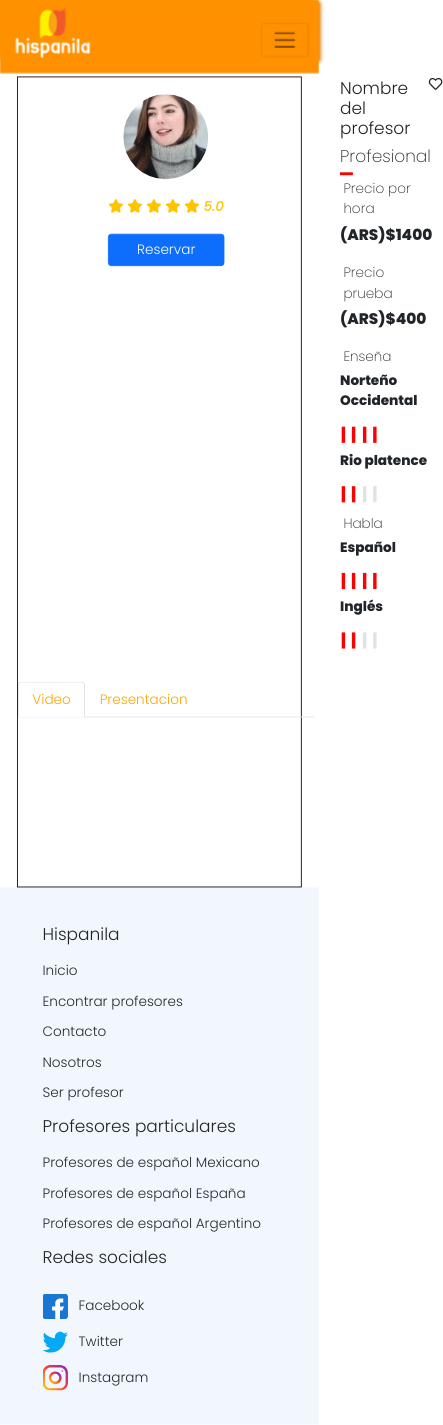
Repository: AgustinGarciaDev/Hispanila
Page: prueba.html
These files come from the project's save history. The page is drawn as it stood at one moment and after the next save; the edit follows.
The browser window is 375 px wide. The page is 521 px wide, then 375 px, so the pictures cover 521 px, including what lies to the right of the window. The pictures show the whole page, at 85% of full size.
Pictures or frames that could not be fetched are drawn as grey boxes. Some web libraries are served in a nearby version. The style sheet was rebuilt from its Sass, Less or Tailwind sources for each picture, by a compiler version that may differ from the author's.

Above is the page before, as saved 2021-01-29 01:01:04.

### prueba.html
<!DOCTYPE html>
<html lang="en">

<head>

    <head>
        <meta charset="UTF-8">
        <title>Buscar profesor</title>
        <meta name="viewport" content="width=device-width, user-scalable=no">
        <meta name="description" content="Busca el profesor de español que más se adecue a lo que quieres aprender. Busca por precio,variante del español y mucho más">
        <meta name="keywords" content="profesor español, buscar profesor, español , aprender con profesionales">

        <link rel="stylesheet" href="https://cdnjs.cloudflare.com/ajax/libs/animate.css/4.1.1/animate.min.css" />
        <link rel="stylesheet" href="https://use.fontawesome.com/releases/v5.8.1/css/all.css" integrity="sha384-50oBUHEmvpQ+1lW4y57PTFmhCaXp0ML5d60M1M7uH2+nqUivzIebhndOJK28anvf" crossorigin="anonymous">
        <link rel="preconnect" href="https://fonts.gstatic.com">
        <link rel="preconnect" href="https://fonts.gstatic.com">
        <link href="https://fonts.googleapis.com/css2?family=Poppins:ital,wght@0,200;0,300;0,800;0,900;1,200;1,500&display=swap" rel="stylesheet">
        <link href="https://cdn.jsdelivr.net/npm/bootstrap@5.0.0-beta1/dist/css/bootstrap.min.css" rel="stylesheet" integrity="sha384-giJF6kkoqNQ00vy+HMDP7azOuL0xtbfIcaT9wjKHr8RbDVddVHyTfAAsrekwKmP1" crossorigin="anonymous">
        <link rel="stylesheet" href="./css/style.css">
        <link rel="stylesheet" href="stylemod.css">
    </head>
</head>

<body class="search-teacher">
    <header>
        <nav class="navbar navbar-expand-lg navbar-light bg-light nav-color">
            <div class="container-fluid">
                <a class="navbar-brand" href="./index.html"><img class="logo" src="./img/Hispanila_opt.png" alt=""></a>
                <button class="navbar-toggler" type="button" data-bs-toggle="collapse" data-bs-target="#navbarSupportedContent" aria-controls="navbarSupportedContent" aria-expanded="false" aria-label="Toggle navigation">
            <span class="navbar-toggler-icon"></span>
          </button>
                <div class="collapse navbar-collapse" id="navbarSupportedContent">
                    <ul class="navbar-nav me-auto mb-2 mb-lg-0">
                        <li class="nav-item">
                            <a class="nav-link active" aria-current="page" href="./index.html">Inicio</a>
                        </li>
                        <li class="nav-item">
                            <a class="nav-link" href="./we.html">Nosotros</a>
                        </li>
                        <li class="nav-item">
                            <a class="nav-link" href="./contact.html">Contacto</a>
                        </li>
                        <li class="nav-item">
                            <a class="nav-link" href="./searchteacer.html">Buscar profesores</a>
                        </li>
                    </ul>
                </div>
            </div>
        </nav>
    </header>
    <section class="teacher__layout">
        <div class="teacher__card">
            <div class="teacher__card__content">
                <div class="teacher">
                    <div class="teacher-date">
                        <img src="./img/teacher/teacher-women.jpg" alt="">
                        <div class="score-teacher">
                            <i class="fas fa-star"></i>
                            <i class="fas fa-star"></i>
                            <i class="fas fa-star"></i>
                            <i class="fas fa-star"></i>
                            <i class="fas fa-star"></i>
                            <i>5.0</i>
                        </div>
                        <a class="btn btn-primary" href="./profile.html" role="button">Reservar</a>
                    </div>
                </div>
            </div>
            <div class="teacher__card__content">

                <div class="teacher-information">
                    <span class="teacher-date-personal">
                        <h1>Nombre del profesor</h1>
                        <i class="far fa-heart"></i>
                  </span>
                    <span class="teacher-posicion">
                        <h4>Profesional</h4>
                        <div class="teacher-divider-card"></div>
                     </span>
                    <div class="">
                        <div class="row">
                            <div class="col-sm">
                                <span class="title-teacher"> <p>Precio por hora</p></span>
                                <p class="teacher-precie">(ARS)$1400</p>
                            </div>
                            <div class="col-sm">
                                <span class="title-teacher"><p>Precio prueba </p></span>
                                <p class="teacher-precie">(ARS)$400</p>
                            </div>
                        </div>
                    </div>
                    <div>
                        <span class="title-teacher"> <p>Enseña</p></span>
                        <div class="row">
                            <div class="col-sm">
                                <p class="teacher-learning">Norteño Occidental</p>
                                <div class="teacher-level">
                                    <span class="level level-one"></span>
                                    <span class="level level-two"></span>
                                    <span class=" level level-four"></span>
                                    <span class=" level level-five"></span>
                                </div>
                            </div>
                            <div class="col-sm">
                                <p class="teacher-learning">Rio platence</p>
                                <div class="teacher-level">
                                    <span class="level level-one"></span>
                                    <span class="level level-two"></span>
                                    <span class=" level level-four-lenguage"></span>
                                    <span class=" level level-five-leanguage"></span>
                                </div>
                            </div>
                        </div>
                    </div>
                    <div>
                        <span class="title-teacher"> <p>Habla</p></span>
                        <div class="row">
                            <div class="col-sm">
                                <p class="teacher-learning">Español</p>
                                <div class="teacher-level">
                                    <span class="level level-one"></span>
                                    <span class="level level-two"></span>
                                    <span class=" level level-four"></span>
                                    <span class=" level level-five"></span>
                                </div>
                            </div>
                            <div class="col-sm">
                                <p class="teacher-learning">Inglés</p>
                                <div class="teacher-level">
                                    <span class="level level-one"></span>
                                    <span class="level level-two"></span>
                                    <span class=" level level-four-lenguage"></span>
                                    <span class=" level level-five-leanguage"></span>
                                </div>
                            </div>
                        </div>
                    </div>
                </div>
            </div>
            <div class="teacher__card__content">
                <ul class="nav nav-tabs color__nav " id="myTab " role="tablist">
                    <li class="nav-item color__nav" role="presentation">
                        <a class="nav-link active color__nav" id="home-tab" data-bs-toggle="tab" href="#home1" role="tab" aria-controls="home" aria-selected="true">Video</a>
                    </li>
                    <li class="nav-item color__nav" role="presentation">
                        <a class="nav-link color__nav" id="profile-tab" data-bs-toggle="tab" href="#profile1" role="tab" aria-controls="profile" aria-selected="false">Presentacion</a>
                    </li>

                </ul>
                <div class="tab-content" id="myTabContent">
                    <div class="tab-pane fade show active" id="home1" role="tabpanel" aria-labelledby="home-tab"> <iframe width="349" height="192" src="https://www.youtube.com/embed/-7dAqPXaI-E" frameborder="0" allow="accelerometer; autoplay; clipboard-write; encrypted-media; gyroscope; picture-in-picture" allowfullscreen></iframe></div>
                    <div class="tab-pane fade" id="profile1" role="tabpanel" aria-labelledby="profile-tab">Lorem Ipsum is simply dummy text of the printing and typesetting industry. Lorem Ipsum has been the industry's standard dummy text ever since the 1500s, when an unknown printer took a galley of type and scrambled it to make a type
                        specimen book.</div>
                </div>

            </div>

        </div>

        </div>
    </section>

    <footer class="footer">
        <div class="list__footer">
            <p class="list__footer__p-modifier">Hispanila</p>
            <li class="list__footer__li-modifier"> <a class="list__footer__a-modifier" href="/index.html">Inicio</a></li>
            <li class="list__footer__li-modifier"> <a class="list__footer__a-modifier" href="/searchteacer.html">Encontrar profesores</a></li>
            <li class="list__footer__li-modifier"><a class="list__footer__a-modifier" href="/contacte.html">Contacto</a></li>
            <li class="list__footer__li-modifier"><a class="list__footer__a-modifier" href="/we.html">Nosotros</a></li>
            <li class="list__footer__li-modifier"><a class="list__footer__a-modifier" href="/we.html">Ser profesor</a></li>
        </div>
        <div class="list__footer">
            <p class="list__footer__p-modifier">Profesores particulares</p>
            <li class="list__footer__li-modifier"> <a class="list__footer__a-modifier" href=" https://www.facebook.com/ "> Profesores de español Mexicano</a></li>
            <li class="list__footer__li-modifier"><a class="list__footer__a-modifier" href="https://twitter.com/home "> Profesores de español España</a></li>
            <li class="list__footer__li-modifier"><a class="list__footer__a-modifier" href="https://www.instagram.com/ "> Profesores de español Argentino</a></li>
        </div>
        <div class="list__footer ">
            <p class="list__footer__p-modifier"> Redes sociales</p>
            <li class="list__footer__li-modifier"></li><img class="list__footer__img-modifier" src="./img/facebook.svg " alt=" "> <a class="list__footer__a-modifier" href="https://www.facebook.com/ ">Facebook</a></li>
            <li class="list__footer__li-modifier"></li><img class="list__footer__img-modifier" src="./img/gorjeo.svg " alt=" "> <a class="list__footer__a-modifier" href="https://twitter.com/home ">Twitter</a></li>
            <li class="list__footer__li-modifier"></li><img class="list__footer__img-modifier" src="./img/instagram.svg " alt=" "> <a class="list__footer__a-modifier" href="https://www.instagram.com/ ">Instagram</a></li>
        </div>
    </footer>
    <script src="https://cdn.jsdelivr.net/npm/bootstrap@5.0.0-beta1/dist/js/bootstrap.bundle.min.js" integrity="sha384-ygbV9kiqUc6oa4msXn9868pTtWMgiQaeYH7/t7LECLbyPA2x65Kgf80OJFdroafW" crossorigin="anonymous"></script>
</body>

</html>

### stylemod.css
/* CARD  porque estudiar Hispanila*/

.teacher-block {
    height: 400px;
    width: 100%;
    background: white;
    margin-bottom: 20px;
    margin-top: 20px;
    box-shadow: 20px 20px 51px #c4cacf, -20px -20px 51px #ffffff;
    padding: 10px;
    display: flex;
}

.teacher-date {
    display: flex;
    flex-direction: column;
    padding: 20px;
}

.teacher-date .teacher-score {
    flex-direction: row;
}

.teacher-date img {
    border-radius: 50%;
    height: 100px;
    width: 100px;
    margin: auto;
}

.teacher-date button {
    height: 30px;
    width: 120px;
    margin: auto;
}

.score-teacher {
    margin: auto;
    padding: 20px 0 20px 0;
    color: #FEC400;
}

.teacher-information {
    display: flex;
    flex-direction: column;
}

.teacher-information h1 {
    font-size: 20px;
}

.teacher-date-personal {
    display: flex;
    flex-direction: row;
    justify-content: space-between;
}

.teacher-posicion {
    display: inline;
}

.title-teacher p {
    font-size: 16px;
    font-weight: 200;
    margin: 4px;
}

.teacher-precie {
    font-size: 18px;
    font-weight: bold;
}

.teacher-posicion h4 {
    font-size: 20px;
    font-weight: 200;
}

.teacher-posicion .teacher-divider-card {
    border: solid 1px red;
    width: 15px;
    height: 3px;
    background: red;
}

.teacher-learning {
    font-weight: bold;
}

.level {
    display: inline-block;
    margin: 2px;
    height: 19px;
    width: 4px;
    background: red;
}

.level-four-lenguage {
    background: #dee3e5
}

.level-five-leanguage {
    background: #dee3e5
}

.navbar>.container-fluid {
    background-color: #FF9000 !important;
}

@media (max-width: 890px) {
    .teacher-block {
        flex-direction: column;
    }
}

@media (max-width: 520px) {}

### scss/style.scss
@import"variables";
@import "header";
@import "footer";
@import "body";
@import "home";
@import "contac";
@import "profile";
@import "seendemail";
@import "aboutUs";
@import "search";

### scss/_variables.scss
/* TIPOGRAFIAS */

$font-body: 'Poppins',
sans-serif;

/* SIZE TIPOGRAFIAS */

$nameteacher: 16px;
$titulocontacto: 20px;

/* ICONOS COLOR */

$color-start-icon: #FEC400;
$color-social:gray;

/*Color background*/

$color-box: linear-gradient(145deg, #d8e8f2, #b6c3cb);

/*Padding*/

$padding-currilum: 40px;

### scss/_header.scss
header {
    position: sticky;
    top: 0;
    z-index: 5;
}

### scss/_footer.scss
.footer {
    background-color: #F2F7FD;
    display: grid;
    grid-template-columns: repeat(3, 1fr);
    padding: 40px;
}

.list__footer__p-modifier {
    font-size: 20px;
}

.list__footer__li-modifier {
    list-style: none;
    align-items: center;
    display: flex;
    margin-bottom: 12px;
}

.list__footer__a-modifier {
    text-decoration: none;
    color: #252b2f;
}

.list-footer a:hover {
    text-decoration: underline;
}

.list__footer__img-modifier {
    width: 30px;
    height: 30px;
    margin-right: 8px;
}

@media (max-width: 768px) {
    .footer {
        display: flex;
        flex-wrap: wrap;
    }
    .list__footer {
        padding-left: 10px;
        padding-right: 10px;
        justify-content: center;
    }
}

@media (max-width: 520px) {}

### scss/_body.scss
body {
    margin: 0;
    font-family: $font-body;
}

### scss/_home.scss
.nav-color {
    background-color: #ff9000 !important;
    height: 65px;
    box-shadow: 2px 2px 4px #d97a00, -5px -5px 4px #ffa600;
}

.nav-link {
    color: white !important;
}

.hero {
    display: grid;
    grid-template-columns: 2fr 2fr;
    height: 600px;
    background-image: url(http://baravdg.com/wp-content/uploads/2021/01/hero-background.png);
    background-position: center;
    background-repeat: no-repeat;
    background-size: cover;
}

.hero .box {
    display: flex;
    flex-direction: column;
    margin: auto;
    padding-left: 30px;
}

.hero__title_h1 {
    color: white;
    font-weight: 700;
    font-size: 50px;
}

.hero__title_p {
    color: white;
    font-size: 30px;
    font-size: 400;
}

.hero__bottom {
    width: 200px;
    color: white;
    padding: 10px;
    text-align: center;
    text-decoration: none;
    font-size: 'Poppins', sans-serif;
    font-weight: 800;
    border-radius: 8px;
    background: linear-gradient(145deg, #ffd529, #d8b322);
}


/* EMPIEZA LAS CARD DE LAS BANDERAS */

.Tittle_h2 {
    text-align: center;
    padding: 30px;
    font-size: 40px;
    font-weight: 800;
}

.block-band {
    display: grid;
    grid-template-columns: repeat(3, 1fr);
    grid-column-gap: 30px;
    grid-row-gap: 30px;
    justify-items: center;
}

.link {
    color: inherit;
    text-decoration: inherit;
}

.card-band {
    border-radius: 24px;
    border-radius: 24px;
    background: #ecf1f4;
    box-shadow: 22px 22px 18px #dee3e5, -22px -22px 18px #faffff;
    width: 400px;
    height: 372px;
}

.content-band {
    display: flex;
    padding-left: 40px;
    padding-bottom: 10px;
}

.info-card {
    padding-top: 9px;
    padding-left: 10px;
}

.info-card h4 {
    margin: 0;
}

.info-card p {
    margin: 0;
    margin-left: 6;
}

.card-band .teacher-photo {
    width: 400px;
    height: 300px;
}

.card-band .band {
    height: 50px;
    width: 50px;
}

.card-prof {
    margin: 40px;
    padding: 40px;
}

.table-proyect {
    padding: 40px;
}


/* Card study*/

.margin {
    margin: 20px;
}

.card__study__resson {
    width: 300px;
    height: 572px;
}

.card__study__img {
    height: 400px;
    width: 200px;
    display: flex;
    margin: auto;
}

.card__study_text {
    text-align: center;
}

.card__study__btn {
    width: 200px;
    color: white;
    padding: 10px;
    justify-content: center;
    text-decoration: none;
    font-size: 'Poppins', sans-serif;
    font-weight: 800;
    border-radius: 8px;
    background: linear-gradient(145deg, #ffd529, #d8b322);
    display: flex;
    margin: auto;
}

@media (max-width: 890px) {
    .block-band {
        grid-template-columns: repeat(2, 1fr);
    }
    .card-band .teacher-photo {
        width: 324px;
        height: 239px;
    }
    .card-band {
        width: 324px;
        height: 325px;
    }
    .logo {
        margin-top: -20px;
    }
}

@media (max-width: 520px) {
    .hero {
        height: 360px;
    }
    .block-band {
        grid-template-columns: none;
    }
    .card__study__resson {
        width: 300px;
        height: 572px;
    }
    .nav-color {
        height: 70px;
    }
    .logo {
        margin-top: -20px;
    }
    .hero__title_h1 {
        font-size: 31px;
    }
    .hero__title_p {
        font-size: 17px;
    }
    .Tittle_h2 {
        text-align: center;
        padding: 17px;
        font-size: 32px;
        font-weight: 800;
    }
}

### scss/_contac.scss
.contact__body {
    margin-top: 50px;
    margin-bottom: 50px;
}

.row {
    margin-right: 0;
}

.email_img {
    width: 100%;
}

.icons__list {
    display: flex;
    justify-content: center;
}

.icons__list_a {
    text-decoration: none;
    color: #ff9000;
    padding-bottom: 10px;
    padding-left: 5px;
    padding-right: 5px;
    font-size: 20px;
}

.icons__list__redsocial {
    display: flex;
    flex-direction: row;
    padding-top: 10px;
    justify-content: center;
}

.icons__list_logo_Redes {
    color: #ff9000;
    font-size: 35px;
    margin: 0 10px;
}

.text-contact__h2 {
    font-size: $titulocontacto;
}

.btn_send {
    width: 200px;
    color: white;
    padding: 10px;
    display: flex;
    justify-content: center;
    margin-top: 14px;
    text-decoration: none;
    font-size: 'Poppins', sans-serif;
    font-weight: 800;
    border-radius: 8px;
    background-color: orange;
}

@media (max-width: 520px) {
    .text-contact__h1 {
        text-align: center;
    }
    .text-contact__h2 {
        font-size: $titulocontacto -7;
        text-align: center;
    }
}

### scss/_seendemail.scss
.lottie {
    justify-content: center;
    display: flex;
}

### scss/_aboutUs.scss
    .About__tittle-h1 {
        text-align: center;
        padding: 20px 0;
        font-weight: 800;
    }

    .About__img {
        display: flex;
        justify-content: center;
        align-items: center;
    }

    .About__img--modifier {
        width: 900px;
        height: 600px;
    }

    .About__history {
        text-align: center;
        margin: 10px 500px;
    }

    .About_compromise_img {
        width: 400px;
        height: 300px;
    }

    .about__container {
        margin-top: 50px;
        margin-bottom: 50px;
    }

    .Value {
        margin-top: 40px;
    }

    @media (max-width: 890px) {
        .About__img--modifier {
            width: 100%;
            height: auto;
        }
        .About__history {
            margin: 10px 20px;
        }
    }

    @media (max-width: 570px) {
        .About_compromise_img {
            height: 300px;
        }
        .About_compromise__responsive {
            flex-direction: column-reverse;
            display: flex;
        }
        .Value {
            display: flex;
            align-items: center;
            justify-content: center;
        }
        .Value__box {
            display: flex;
            flex-direction: column;
            justify-content: center;
        }
    }

### scss/_search.scss
.teacher__layout {
    display: flex;
    justify-content: center;
    margin-left: 50px;
    margin-right: 50px;
}

.teacher__card {
    display: grid;
    grid-template-columns: repeat(3, 1fr);
    grid-column-gap: 30px;
    grid-row-gap: 30px;
    justify-items: center;
    border: 1px solid black;
    height: 400px;
    width: 100%;
    margin: 20px;
}

.teacher__card_content {
    width: 33%;
}

.color__nav {
    color: orange !important;
}

.teacher-date {
    display: flex;
    flex-direction: column;
    padding: 20px;
}

.teacher-date .teacher-score {
    flex-direction: row;
}

.teacher-date img {
    border-radius: 50%;
    height: 100px;
    width: 100px;
    margin: auto;
}

.teacher-date button {
    height: 30px;
    width: 120px;
    margin: auto;
}

.score-teacher {
    margin: auto;
    padding: 20px 0 20px 0;
    color: #FEC400;
}

.teacher-information {
    display: flex;
    flex-direction: column;
}

.teacher-information h1 {
    font-size: 20px;
}

.teacher-date-personal {
    display: flex;
    flex-direction: row;
    justify-content: space-between;
}

.teacher-posicion {
    display: inline;
}

.title-teacher p {
    font-size: 16px;
    font-weight: 200;
    margin: 4px;
}

.teacher-precie {
    font-size: 18px;
    font-weight: bold;
}

.teacher-posicion h4 {
    font-size: 20px;
    font-weight: 200;
}

.teacher-posicion .teacher-divider-card {
    border: solid 1px red;
    width: 15px;
    height: 3px;
    background: red;
}

.teacher-learning {
    font-weight: bold;
}

.level {
    display: inline-block;
    margin: 2px;
    height: 19px;
    width: 4px;
    background: red;
}

.level-four-lenguage {
    background: #dee3e5
}

.level-five-leanguage {
    background: #dee3e5
}

@media (max-width: 890px) {
    .teacher__layout {
        margin-left: 20px;
        margin-right: 20px;
    }
    .teacher__card {
        grid-template-columns: repeat(2, 1fr);
        margin: 0;
        margin-top: 20px;
        height: auto;
    }
}

@media (max-width: 520px) {}

Loaded but not shown: scss/_profile.scss (221 lines, source omitted)

After the next save:
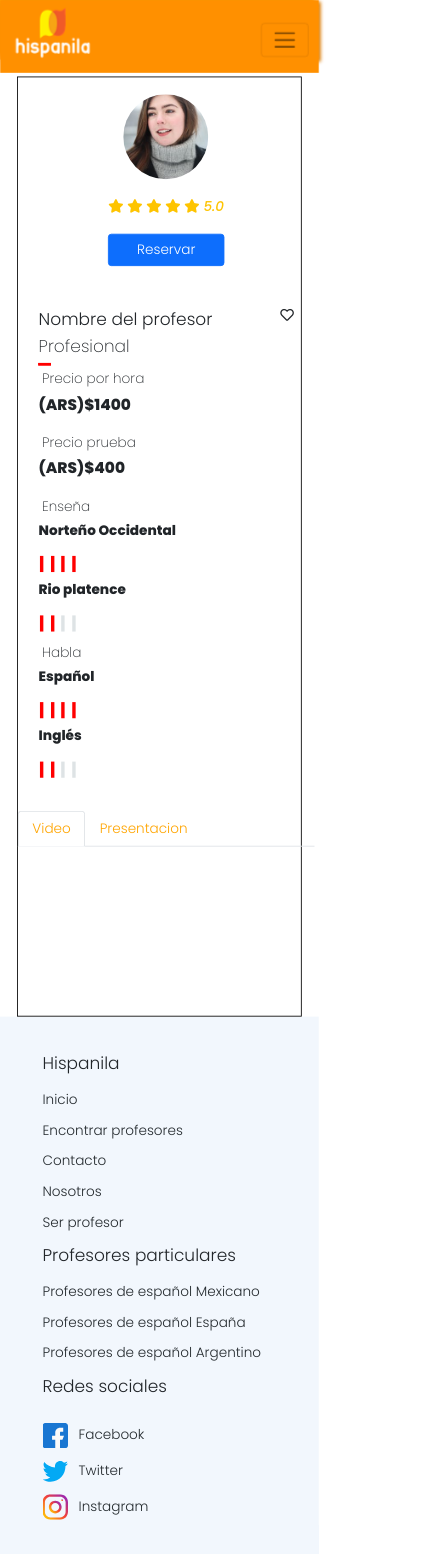
Saved 44 s later.
--- a/scss/_search.scss
+++ b/scss/_search.scss
@@ -129,4 +129,11 @@
     }
 }
 
-@media (max-width: 520px) {}
+@media (max-width: 520px) {
+    .teacher__card {
+        grid-template-columns: repeat(1, 1fr);
+        margin: 0;
+        margin-top: 20px;
+        height: auto;
+    }
+}
